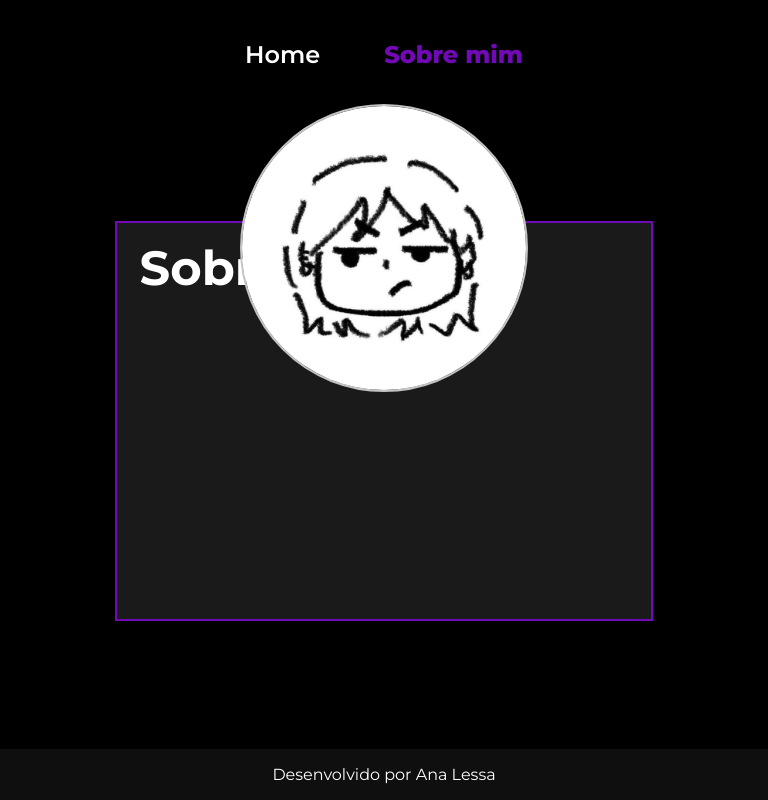
Repository: analessp/portfolio-developer
Page: about-me.html
These files come from the project's save history. The page is drawn as it stood at one moment and after the next save; the edit follows.
The browser window is 768 px wide. The pictures show the whole page.

Above is the page before, as saved 2025-04-24 11:58:10.

### about-me.html
<!DOCTYPE html>
<html lang="pt-BR">
<head>
    <meta charset="UTF-8">
    <meta name="viewport" content="width=device-width, initial-scale=1.0">
    <title>Sobre mim</title>
    <link rel="stylesheet" href="/style/style.css"
</head>
<body>
    <header>
        <nav>
            <ul class="navbar-list">
                <li>
                    <a href="index.html" class="page">Home</a>
                </li>
                <li>
                    <a href="about-me.html" class="page active">Sobre mim</a>
                </li>
            </ul>
        </nav>
    </header>
    <main>
        <div class="about-me">
            <h1>Sobre mim</h1>
            <p></p>
        </div>
        <img src="/assets/avatar.jfif" alt="Avatar de Ana Lessa" class="logo">
    </main>
    <footer>Desenvolvido por Ana Lessa</footer>
</body>
</html>

### style/style.css
@import url('https://fonts.googleapis.com/css2?family=Montserrat:ital,wght@0,100..900;1,100..900&display=swap');
@import url(/style/about-me.css);

* {
    margin: 0;
    padding: 0;
    box-sizing: border-box;
    font-family: "Montserrat", sans-serif;
}

html, body {
    height: 100%;
    margin: 0;
}

body {
    height: 100vh;
    width: 100%;
    background-color: black;
    color: white;
    display: flex;
    flex-direction: column;
    justify-content: space-between;
}

.navbar-list {
    padding-left: 120px;
    padding-top: 68px;
    display: flex;
    gap: 4rem;
    list-style-type: none;
    color: #7209b7;
    font-weight: 700;
    font-size: 1.5rem;
    margin-bottom: 3rem;
}

.page {
    text-decoration: none;
    color: white;
    font-weight: 600;
}

.active {
    font-weight: 800;
    color: #7209b7;
}

main {
    padding-left: 120px;
    display: flex;
    gap: 10rem;
    align-items: center;
}

.introduce {
    display: flex;
    flex-direction: column;
    gap: 1.5rem;
    width: 40%;
}

.introduce p {
    text-align: justify;
}

.title {
    text-align: center;
}

.title h1 {
    font-size: 3rem;
}

.title h2 {
    font-size: 1.5rem;
    color: #7209b7;
}

.social-links {
    list-style-type: none;
    display: flex;
    flex-direction: column;
    gap: 1.5rem;
    align-items: center;
}

.social-links li {
    border: 2px solid #c3c3c3;
    background-color: rgba(128, 128, 128, 0.454);
    padding: 1rem 0 1rem 0;
    width: 70%;
    text-align: center;
    border-radius: 12px;

&:hover {
    border: 2px solid rgba(128, 128, 128, 0.454);
    background-color: #7209b7;
    transition-duration: 400ms;
    transform: scale(1.1);
  }
}

.social-links a {
    text-decoration: none;
    color: white;
    font-weight: bold;
}

.logo {
    width: 25rem;
    border-radius: 50%;
    border: 2px solid #c3c3c3;
    height: fit-content;
    position: fixed;
    right: 15rem;
    top: 10rem;
}

footer {
    margin-top: auto;
    padding: 1rem 0 1rem 0;
    background-color: rgb(15, 15, 16);
    display: flex;
    flex-direction: column;
    align-items: center;
    gap: 1rem;
    flex-shrink: 0;
}

footer ul {
    display: flex;
    gap: 2rem;
    list-style: none;
    margin-bottom: 1rem;
}

footer a {
    text-decoration: none;
    color: white;
    font-weight: 600;
}

@media only screen and (max-width: 768px) {

    body {
        justify-content: center;
    }

    .navbar-list {
        justify-content: center;
        padding-left: 0;
        padding-top: 40px;
        margin-bottom: 0;
    }

    main {
        height: 100vh;
        margin-top: 0;
        flex-direction: column-reverse;
        padding-left: 0;
        gap: 1rem;
    }

    .introduce {
        justify-content: flex-end;
        width: 80%;
        margin-bottom: 8rem;
    }

    .logo {
        top: 6.5rem;
        width: 18rem;
    }

}

@media only screen and (max-width: 426px) {
    .logo {
        right: 16%;
    }

    .introduce {
        margin-bottom: 3rem;
    }

    .title h1 {
        font-size: 2.5rem;
        margin-bottom: 0.5rem;
    }
}

### style/about-me.css
.about-me {
    background-color: rgba(255, 255, 255, 0.1);
    display: flex;
    flex-direction: column;
    gap: 1.5rem;
    width: 40%;
    text-align: justify;
    padding: 1rem 1.4rem;
    border: 2px solid #7209b7;
}

.about-me h1 {
    font-size: 3rem;
}

.about-me p {
    font-weight: 300;
}

@media only screen and (max-width: 768px) {
    .about-me {
        width: 70%;
        height: 400px;
        overflow: auto;
        margin-bottom: 8rem;
    }

    .about-me h1 {
        t
    }

After the next save:
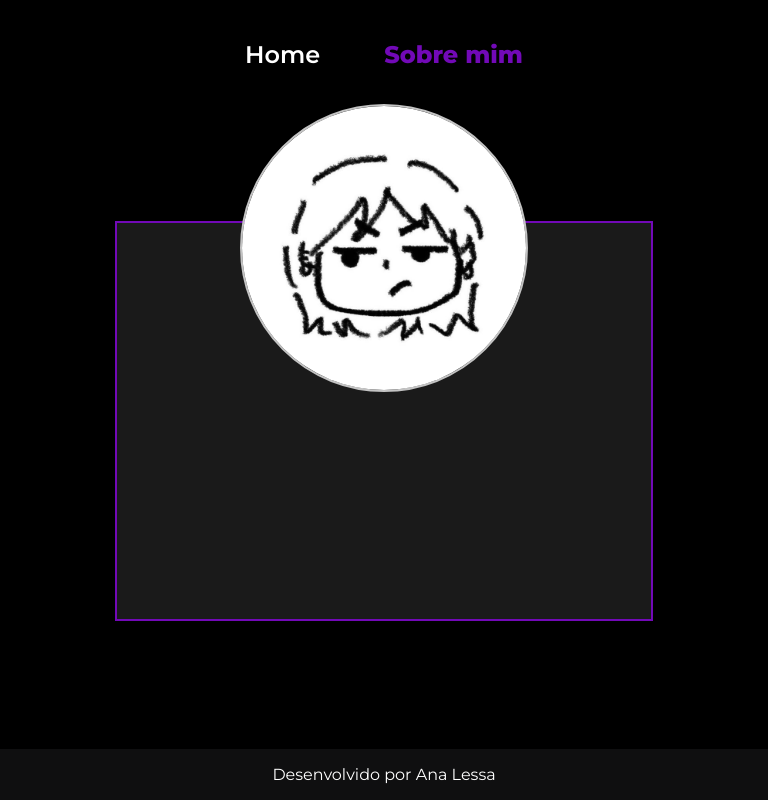
Saved 4 s later.
--- a/style/about-me.css
+++ b/style/about-me.css
@@ -26,5 +26,5 @@
     }
 
     .about-me h1 {
-        t
+        text-align: center;
     }
